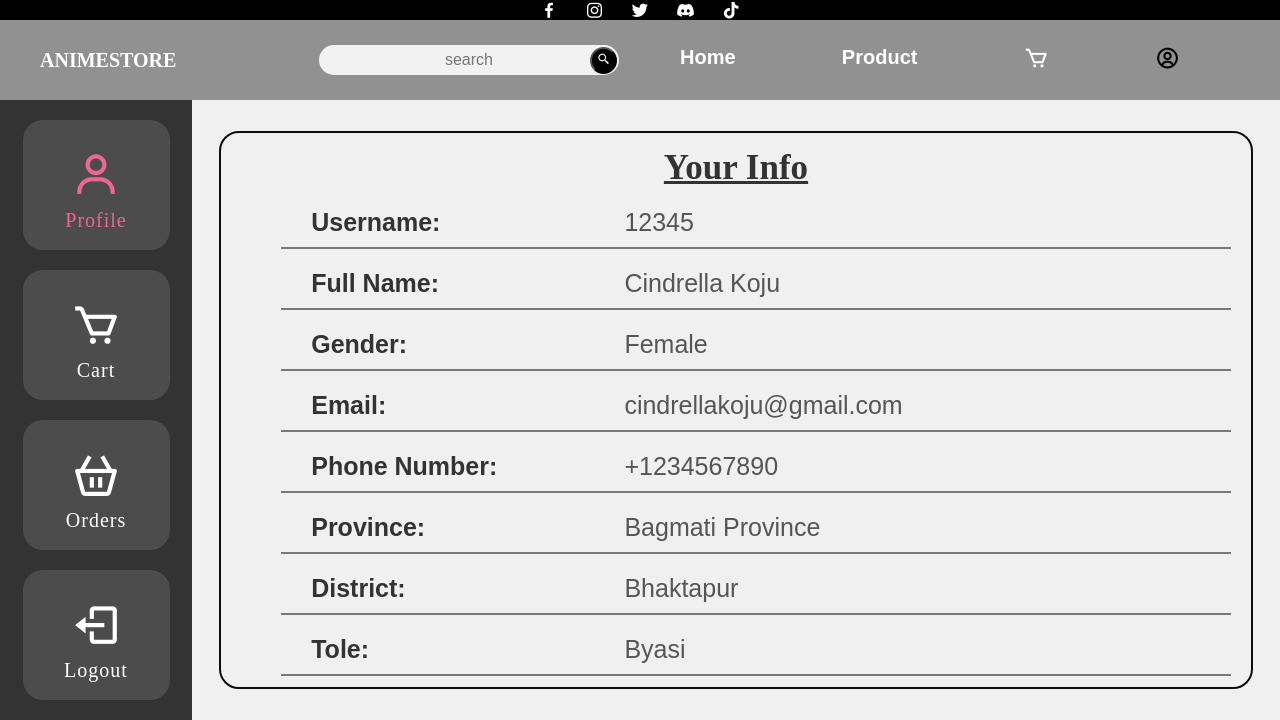
Repository: cindrellakoju/Animestore
Page: html css/withlogin/profile.html
The author's editor kept a copy of each file at every save. The page is drawn from the files as they stood at one save, then again after the next save.
The browser window is 1280 px wide. The pictures show the whole page.
An inner scrolling area shows only its first screen.

Above is the page before, as saved 2024-04-07 02:05:17.

After the next save:
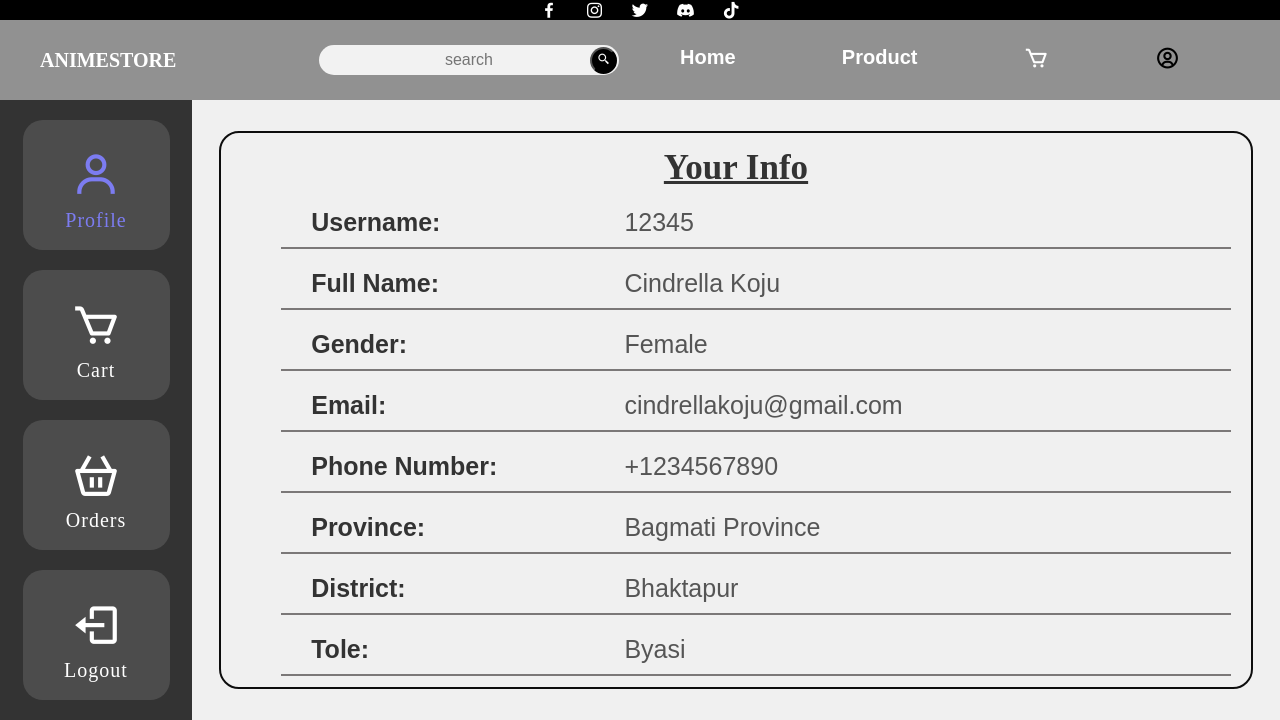
Saved 14 s later.
--- a/html css/withlogin/profile.css
+++ b/html css/withlogin/profile.css
@@ -158,7 +158,7 @@
     top: -20px;
   }
   .icon .profile i{
-    color: rgb(241, 101, 148);
+    color: rgb(124, 124, 241);
   }
   .icon button:hover{
     background-color: rgb(124, 124, 241);
